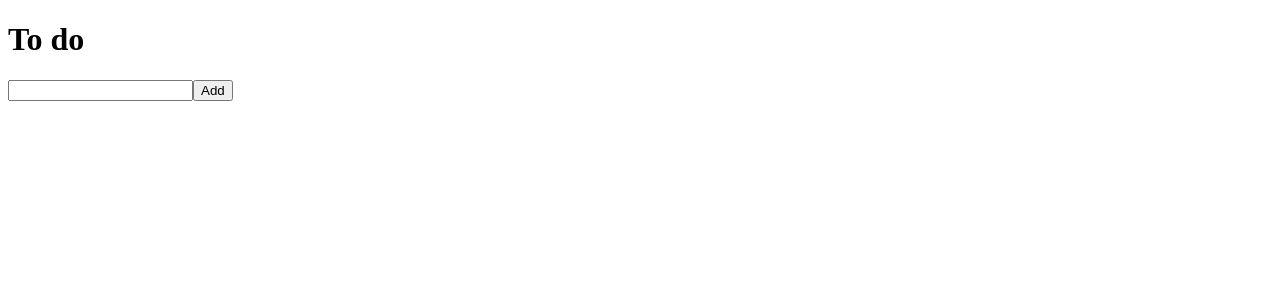
Repository: JulyK9/react-redux-Todo
Page: /
The author's editor kept a copy of each file at every save. The page is drawn from the files as they stood at one save, then again after the next save.
The browser window is 1280 px wide. The pictures show the whole page.
The project was rebuilt for these pictures with package versions that can differ from the ones it lists, and the page was loaded fresh each time. A package was used in the major version that the imports need, not the one package.json lists. Also part of the build but not shown: src/pages/Detail.js.

Above is the page before, as saved 2022-05-13 21:23:09.

After the next save:
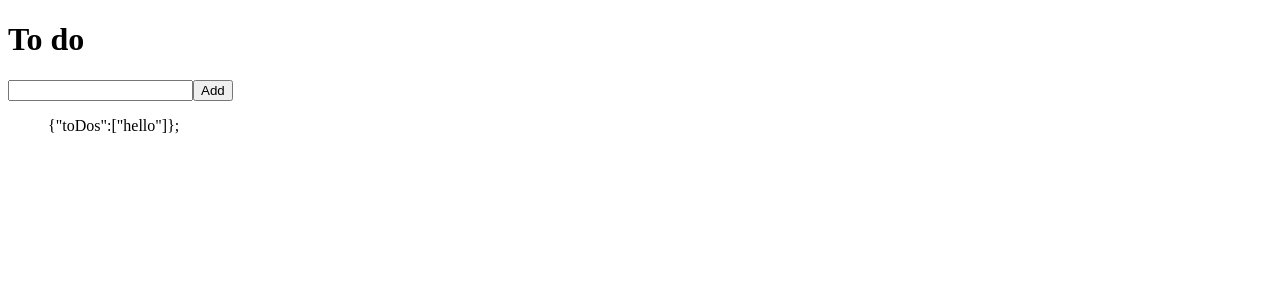
Saved 31 min 56 s later.
--- a/src/pages/Home.js
+++ b/src/pages/Home.js
@@ -1,8 +1,8 @@
 import React, { useState } from 'react';
 import { connect } from 'react-redux';
 
-function Home (props) {
-  console.log(props);
+function Home (toDos) {
+  // console.log(props);
   const [text, setText] = useState ("");
   function onChange(e) {
     setText(e.target.value);
@@ -20,7 +20,9 @@ function Home (props) {
         <input type="text" value={text} onChange={onChange} />
         <button>Add</button>
       </form>
-      <ul></ul>
+      <ul>
+        {JSON.stringify(toDos)};
+      </ul>
     </>
   );
 }
